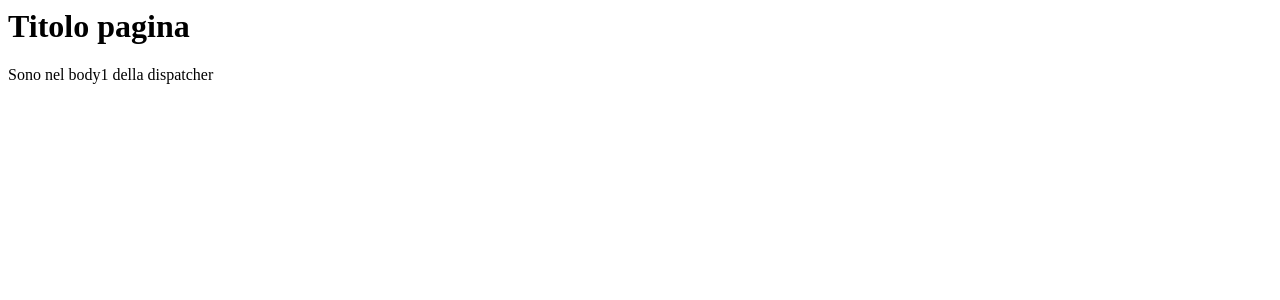
Repository: PcarloP/java_se
Page: http://localhost/anagraficaweb/demodispatcher
An editor plug-in stored every save of this project. The page is shown before and after the next save, followed by the edit.
The browser window is 1280 px wide. The pictures show the whole page.
The page is served by Tomcat 10. Other server files are loaded and not shown.

Above is the page before, as saved 2025-06-20 12:20:41.

### anagraficaweb/WebContent/jsp/home.jsp
<h1>Titolo pagina</h1>
<p>Sono nel body1 della dispatcher</p>

### anagraficaweb/src/main/java/it/promimpresa/anagrafica/controllo/DemoDispatcherServlet.java
package it.promimpresa.anagrafica.controllo;

import jakarta.servlet.RequestDispatcher;
import jakarta.servlet.ServletException;
import jakarta.servlet.annotation.WebServlet;
import jakarta.servlet.http.HttpServlet;
import jakarta.servlet.http.HttpServletRequest;
import jakarta.servlet.http.HttpServletResponse;
import java.io.IOException;
import java.io.PrintWriter;
import java.time.LocalDateTime;
import java.util.ArrayList;
import java.util.LinkedList;
import java.util.List;

import it.promimpresa.anagrafica.modello.Persona;
import it.promimpresa.anagrafica.persistenza.DAOException;
import it.promimpresa.anagrafica.persistenza.persistenza.impl.PersonaDAOImpl;



/**
 *
 *
 * Servlet implementation class DispatcherDemo
 */

@WebServlet("/demodispatcher")
public class DemoDispatcherServlet extends HttpServlet {
	private static final long serialVersionUID = 1L;
	PersonaDAOImpl personaDAO = new PersonaDAOImpl();

	/**
	 *
	 * @see HttpServlet#HttpServlet()
	 */
	public DemoDispatcherServlet() {
		super();
	}

	/*
	 * @see HttpServlet#doGet(HttpServletRequest request, HttpServletResponse
	 * response)
	 *
	 */
	// fase 1 esempio di uso del include
			// inoltra la richiesta a una pagine JSP e poi per includere l'output
			// proveniente da un'altra risorsa

	protected void doGet(HttpServletRequest request, HttpServletResponse response)
	        throws ServletException, IOException {

	   // request.getServletContext().getRequestDispatcher("/jsp/header.jsp").include(request, response);


	    String pagina = request.getParameter("pagina");

	    if (pagina == null || pagina.trim().isEmpty()) {
	        // Nessun parametro "pagina" -> mostro home.jsp
	        request.getRequestDispatcher("/jsp/home.jsp").forward(request, response);
	        return;
	    }

	    switch (pagina) {
	        case "1": // Login
	            request.getRequestDispatcher("/jsp/login.jsp").forward(request, response);
	            break;

	        case "2": // Dashboard
	            request.getRequestDispatcher("/jsp/dashboard.jsp").forward(request, response);
	            break;

	        case "3": // Ricerca per nome



	            String nome = request.getParameter("nome");

	    		List<Persona> persone = null;
	    		try {
	    			System.out.println("=== Find By Nome ===");
	    			persone = personaDAO.findByNome(nome);
	    			System.out.println(persone);

	    			request.setAttribute("persone", persone);
	    	        request.setAttribute("nome", nome);

	    	        RequestDispatcher dispatcher = request.getRequestDispatcher("/jsp/findbyname.jsp");
	    	        dispatcher.forward(request, response);

	    		} catch (DAOException e) {
	    			System.out.println("Ops...si è verificato un errore!");
	    		}
	            break;

	        default:
	            // Qualsiasi altra pagina sconosciuta → vai su home
	            request.getRequestDispatcher("/jsp/home.jsp").forward(request, response);
	            break;
	    }

	    // Includi eventualmente il footer
	    // request.getServletContext().getRequestDispatcher("/jsp/footer.jsp").include(request, response);
	}
		//request.getServletContext().getRequestDispatcher("/jsp/footer.jsp").include(request, response);
		// esempio uso forward noto che l' URL non cambia perche' l'indirizzamento
		// avviene a livello di server
		 //request.getServletContext().getRequestDispatcher("/jsp/home.jsp").forward(request, response);
		 //Esempio redirect :
		 //response.sendRedirect("https://www.google.it");
		// request.getServletContext().getRequestDispatcher("/jsp/body.jsp").forward(request, response);
//		 @SuppressWarnings("unchecked")
//		 List<String> carrello = (List<String>) request.getSession().getAttribute("carrello");
//
//			if (carrello == null) {
//				carrello = new ArrayList<String>();
//				request.getSession().setAttribute("carrello", carrello);
//			}
//
//			String articolo = request.getParameter("articolo");
//
//			if (articolo != null && !articolo.trim().equals("")) {
//				carrello.add(articolo);
//
//			}		request.getServletContext().getRequestDispatcher("/jsp/bodycarrello.jsp").include(request, response);









	/**
	 *
	 * @see HttpServlet#doPost(HttpServletRequest request, HttpServletResponse
	 *      response)
	 */
	protected void doPost(HttpServletRequest request, HttpServletResponse response)
			throws ServletException, IOException {

		String codiceFiscale = request.getParameter("codiceFiscale");
		String name = request.getParameter("name");
		String cognome = request.getParameter("cognome");
		String dataNascita = request.getParameter("dataNascita");


		try {

			System.out.println("=== Save ===");
			Persona persona = new Persona();
			persona.setCF(codiceFiscale);
			persona.setNome(name);
			persona.setCognome(cognome);
			persona.setDataNascita(LocalDateTime.parse(dataNascita));
			personaDAO.save(persona);
			request.setAttribute("utente", persona);


		    RequestDispatcher dispatcher = request.getRequestDispatcher("/jsp/dashboard.jsp");
		    dispatcher.forward(request, response);

		} catch (DAOException e) {
			System.out.println("Ops...si è verificato un errore!");
		}






	}
}

After the next save:
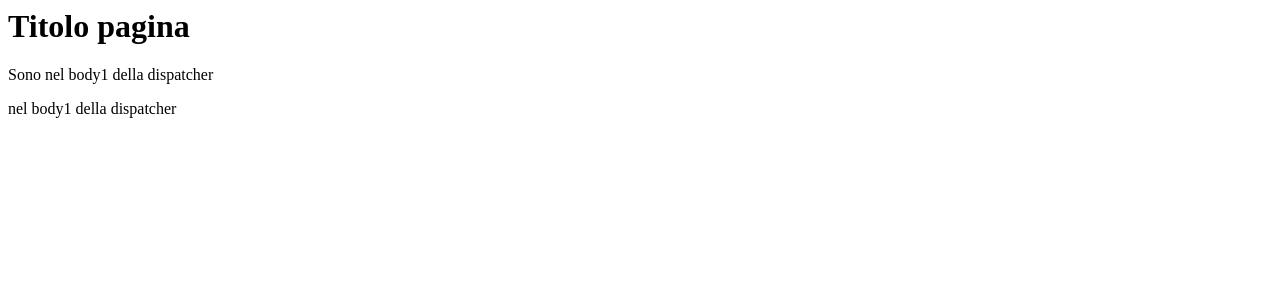
Saved 28 s later.
--- a/anagraficaweb/WebContent/jsp/home.jsp
+++ b/anagraficaweb/WebContent/jsp/home.jsp
@@ -1,2 +1,2 @@
 <h1>Titolo pagina</h1>
-<p>Sono nel body1 della dispatcher</p>
+<p>Sono nel body1 della dispatcher</p>nel body1 della dispatcher</p>
